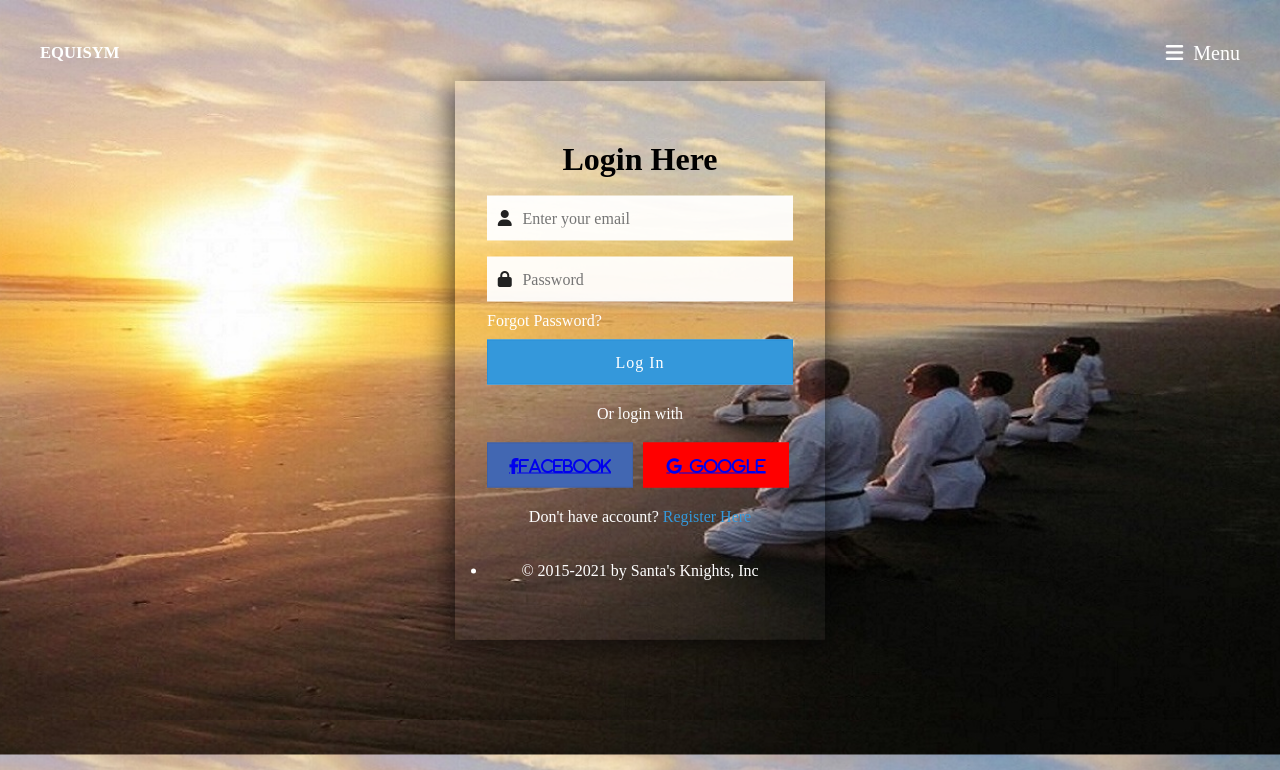
Repository: pranavrustogi/Equisym
Page: http://localhost/login
The author's editor kept a copy of each file at every save. The page is drawn from the files as they stood at one save, then again after the next save.
The browser window is 1280 px wide. The pictures show the whole page.
Some web fonts or font styles are not loaded; a fallback is used. Some web libraries are served in a nearby version. The page is this project's Thymeleaf template; nobody is signed in. The template is opened directly, without the code that normally fills it, so the values that code supplies are empty.

Above is the page before, as saved 2022-06-21 07:34:58.

### Equisym/src/main/resources/templates/login.html
<!DOCTYPE html>
<html xmlns:th="http://www.thymeLeaf.org">
  <head>
    <meta charset="utf-8">
    <meta http-equiv="X-UA-Compatible" content="IE=edge">
		 <meta charset="utf-8">
    <meta name="viewport" content="width=device-width, initial-scale=1">
    <title> Login </title>
    <link rel="stylesheet" href="css/login.css">
        <link rel="stylesheet" href="css/menu.css">


   <script src="https://kit.fontawesome.com/a076d05399.js"></script>
  </head>
  <body>
   	<!-- Header -->
			<header id="header" class="alt">

			<h5><a href="index">EQUISYM</a></h5>

				<a href="#nav">Menu</a>
			</header>

		<!-- Nav   clientId:886984842616-n761486ndug29u1afjjpcmaemaghtjpu.apps.googleusercontent.com
client-secret: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 -->
			<nav id="nav">
				<ul class="links">

					<li><a th:href="index">Home</a></li>
					<li><a th:href="@{/}">About Us</a></li>
					<li><a th:href="@{/}">Our Gallery</a></li>
					<li><a href="partnersInfo">Santa's Knights</a></li>
					<li><a href="conductUs">Contact Us</a></li>
					<li><a href="https://www.santasknights.org/membership">Donate</a></li>
					<li><a href="login">Login & Registration</a></li>
					<!-- <li><a href="elements.html">EEEE Us</a></li> -->
				</ul>
			</nav>


    <div class="bg-img">


      <div class="content">


        <h1>Login Here</h1>
        <br>
		              <form  th:action="@{/index}" method="post" >
		              <div th:if = "${param.error}">
						<div class="alert alert-danger" style="color:red">
						<h3>	Invalid Username or Password </h3>
						</div>
					</div>
					<div th:if = "${param.logout}">
						<div class="alert alert-info" style="color:red">
						<h3>	You have been Logged out.</h3>
						</div>

					</div>
					<div th:if = "${param.Fail}" >
						<div class="alert alert-danger"style="color:red">
						<h3>	Please Verify Email!!, Then try to login </h3>
						</div>

					</div>
          <div class="field">
            <span class="fa fa-user"></span>
                <input  type="email" placeholder="Enter your email" id="username"  name="username" th:value="*{username}"
						 autofocus="autofocus">
						           </div>
          <div class="field space">
            <span class="fa fa-lock"></span>
               <input type="password" placeholder="Password"  id="password" name="password" autofocus="autofocus">             <span class="show">SHOW</span>
          </div>
          <div class="pass">
            <a href="forgot">Forgot Password?</a>
          </div>
          <div class="field">
                  <input type="submit"  name="login-submit" id="login-submit" value="Log In"/>          </div>
        </form>
        <div class="login">Or login with</div>
        <div class="link">
          <div class="facebook">
            <a class="fab fa-facebook-f" th:href="@{/oauth2/authorization/facebook}"><span>Facebook</span></a>
          </div>
          <div class="instagram">
            <a class="fab fa-google" th:href="@{/oauth2/authorization/google}"><span>&nbsp;&nbsp;Google</span></a>
          </div>
          <div>&nbsp;</div>
        </div>
        <div class="signup">Don't have account?
          <a href="registration">Register Here</a>
        </div>
        <br>
        <br>
        <ul class="copyright" style="color:white">
						<li>&copy; 2015-2021 by Santa's Knights, Inc</li>
					</ul>
      </div>
    </div>



    <!-- Scripts -->
			<script src="/js/jquery.min.js"></script>
			<script src="/js/skel.min.js"></script>
			<script src="/js/util.js"></script>
			<!--[if lte IE 8]><script src="/js/ie/respond.min.js"></script><![endif]-->
			<script src="/js/main.js"></script>
  </body>
</html>

### Equisym/src/main/resources/static/css/login.css
@import url('https://fonts.googleapis.com/css?family=Montserrat:400,500,600,700|Poppins:400,500&display=swap');
*{
  margin: 0;
  padding: 0;
  box-sizing: border-box;
  user-select: none;
}
.bg-img{
/*	background:#25383B; */
	background:url("../img/OzrlDo1.jpg");
  height: 100vh;
  background-position: center;

}
.bg-img:after{
  position: absolute;
  content: '';
  top: 0;
  left: 0;
  height: 100%;
  width: 100%;
	background:url("../img/OzrlDo1.jpg");

	    background-repeat:no-repeat;
	      background-size:cover;
	      background-position:center center;
	      background-attachment:fixed;




}
.content{
  position: absolute;
  top: 50%;
  left: 50%;
  z-index: 999;
  text-align: center;
  padding: 60px 32px;
  width: 370px;
  transform: translate(-50%,-50%);
  background: rgba(255,255,255,0.04);
  box-shadow: -1px 4px 28px 0px rgba(0,0,0,0.75);
   background-repeat:no-repeat;
	      background-size:cover;
	      background-position:center center;
	      background-attachment:fixed;
}
/*.content header{
  color: white;
  font-size: 33px;
  font-weight: 600;
  margin: 0 0 35px 0;
  font-family: 'Montserrat',sans-serif;
} */
.field{
  position: relative;
  height: 45px;
  width: 100%;
  display: flex;
  background: rgba(255,255,255,0.94);
}
.field span{
  color: #222;
  width: 40px;
  line-height: 45px;
}
.field input{
  height: 100%;
  width: 100%;
  background: transparent;
  border: none;
  outline: none;
  color: #222;
  font-size: 16px;
  font: inherit;
}
.space{
  margin-top: 16px;
}
.show{
  position: absolute;
  right: 13px;
  font-size: 13px;
  font-weight: 700;
  color: #222;
  display: none;
  cursor: pointer;
  font: inherit;
}
.pass-key:valid ~ .show{
  display: block;
}
.pass{
  text-align: left;
  margin: 10px 0;
}
.pass a{
  color: white;
  text-decoration: none;
  font: inherit;
}
.pass:hover a{
  text-decoration: underline;
}
.field input[type="submit"]{
  background: #3498db;
  border: 1px solid #2691d9;
  color: white;
  font-size: 18px;
  letter-spacing: 1px;
  font-weight: 600;
  cursor: pointer;
  font: inherit;
}
.field input[type="submit"]:hover{
  background: #2691d9;
}
.login{
  color: white;
  margin: 20px 0;
  font: inherit;
}
.link{
  display: flex;
  cursor: pointer;
  color: white;
  margin: 0 0 20px 0;
}
.facebook,.instagram{
  width: 100%;
  height: 45px;
  line-height: 45px;
  margin-left: 10px;
}
.facebook{
  margin-left: 0;
  background: #4267B2;
  border: 1px solid #3e61a8;
}
.instagram{
  background:rgb(255, 0, 0);
  border: 1px solid #ff0000;
}
.facebook:hover{
  background: #3e61a8;
}
.instagram:hover{
  background:#ff0000;
}
.link i{
  font-size: 17px;
}
i span{
  margin-left: 8px;
  font-weight: 500;
  letter-spacing: 1px;
  font-size: 16px;
  font: inherit;
}
.signup{
  font-size: 15px;
  color: white;
  font: inherit;
}
.signup a{
  color: #3498db;
  text-decoration: none;
}
.signup a:hover{
  text-decoration: underline;
}






/* <!DOCTYPE html>
<html xmlns:th="http://www.thymeLeaf.org">
  <head>
    <meta charset="utf-8">
    <meta http-equiv="X-UA-Compatible" content="IE=edge">
		 <meta charset="utf-8">
    <meta name="viewport" content="width=device-width, initial-scale=1">
    <title> Login </title>
    <link rel="stylesheet" href="css/login.css">
        <link rel="stylesheet" href="css/menu.css">


   <script src="https://kit.fontawesome.com/a076d05399.js"></script>
  </head>
  <body>
   	<!-- Header -->
			<header id="header" class="alt">

			<h5><a href="index">EQUISYM</a></h5>

				<a href="#nav">Menu</a>
			</header>

		<!-- Nav -->
			<nav id="nav">
				<ul class="links">

					<li><a th:href="index">Home</a></li>
					<li><a th:href="@{/}">About Us</a></li>
					<li><a th:href="@{/}">Our Gallery</a></li>
					<li><a href="partnersInfo">Santa's Knights</a></li>
					<li><a href="conductUs">Contact Us</a></li>
					<li><a href="https://www.santasknights.org/membership">Donate</a></li>
					<li><a href="login">Login & Registration</a></li>
					<!-- <li><a href="elements.html">EEEE Us</a></li> -->
				</ul>
			</nav>


    <div class="bg-img">


      <div class="content">


        <h1>Login Here</h1>
        <br>
		              <form  th:action="@{/index}" method="post" >
		              <div th:if = "${param.error}">
						<div class="alert alert-danger" style="color:red">
						<h3>	Invalid Username or Password </h3>
						</div>
					</div>
					<div th:if = "${param.logout}">
						<div class="alert alert-info" style="color:red">
						<h3>	You have been Logged out.</h3>
						</div>

					</div>
					<div th:if = "${param.Fail}" >
						<div class="alert alert-danger"style="color:red">
						<h3>	Please Verify Email!!, Then try to login </h3>
						</div>

					</div>
          <div class="field">
            <span class="fa fa-user"></span>
                <input  type="email" placeholder="Enter your email" id="username"  name="username" th:value="*{username}"
						 autofocus="autofocus">
						           </div>
          <div class="field space">
            <span class="fa fa-lock"></span>
               <input type="password" placeholder="Password"  id="password" name="password" autofocus="autofocus">             <span class="show">SHOW</span>
          </div>
          <div class="pass">
            <a href="forgot">Forgot Password?</a>
          </div>
          <div class="field">
                  <input type="submit"  name="login-submit" id="login-submit" value="Log In"/>          </div>
        </form>
        <div class="login">Or login with</div>
        <div class="link">
          <div class="facebook">
            <i class="fab fa-facebook-f"><span>Facebook</span></i>
          </div>
          <div class="instagram">
            <i class="fab fa-instagram"><span>Instagram</span></i>
          </div>
        </div>
        <div class="signup">Don't have account?
          <a href="registration">Register Here</a>
        </div>
        <br>
        <br>
        <ul class="copyright" style="color:white">
						<li>&copy; 2015-2021 by Santa's Knights, Inc</li>
					</ul>
      </div>
    </div>



    <!-- Scripts -->
			<script src="/js/jquery.min.js"></script>
			<script src="/js/skel.min.js"></script>
			<script src="/js/util.js"></script>
			<!--[if lte IE 8]><script src="/js/ie/respond.min.js"></script><![endif]-->
			<script src="/js/main.js"></script>
  </body>
</html> */

### Equisym/src/main/resources/static/css/menu.css
@charset "UTF-8";
@import url(font-awesome.min.css);

@import url("https://fonts.googleapis.com/css?family=Raleway:400,500,700");

#nav {
		-moz-transform: translateX(20em);
		-webkit-transform: translateX(20em);
		-ms-transform: translateX(20em);
		transform: translateX(20em);
		-moz-transition: -moz-transform 0.5s ease, box-shadow 0.5s ease, visibility 0.5s;
		-webkit-transition: -webkit-transform 0.5s ease, box-shadow 0.5s ease, visibility 0.5s;
		-ms-transition: -ms-transform 0.5s ease, box-shadow 0.5s ease, visibility 0.5s;
		transition: transform 0.5s ease, box-shadow 0.5s ease, visibility 0.5s;
		-webkit-overflow-scrolling: touch;
		background: #07090c;
		box-shadow: none;
		color: #fff;
		height: 100%;
		max-width: 80%;
		overflow-y: auto;
		padding: 3em 2em;
		position: fixed;
		right: 0;
		text-transform: uppercase;
		top: 0;
		visibility: hidden;
		width: 20em;
		z-index: 10002;
	}

		#nav > ul {
			margin: 0 0 1em 0;
		}

			#nav > ul.links {
				list-style: none;
				padding: 0;
			}

				#nav > ul.links > li {
					padding: 0;
				}

					#nav > ul.links > li > a:not(.button) {
						border: 0;
						border-top: solid 1px transparent;
						color: inherit;
						display: block;
						line-height: 3.5em;
						text-decoration: none;
					}

					#nav > ul.links > li > .button {
						display: block;
						margin: 0.5em 0 0 0;
					}

					#nav > ul.links > li:first-child > a:not(.button) {
						border-top: 0 !important;
					}

		#nav .close {
			text-decoration: none;
			-moz-transition: color 0.2s ease-in-out;
			-webkit-transition: color 0.2s ease-in-out;
			-ms-transition: color 0.2s ease-in-out;
			transition: color 0.2s ease-in-out;
			-webkit-tap-highlight-color: transparent;
			border: 0;
			color: #a5a9ad;
			cursor: pointer;
			display: block;
			height: 3.25em;
			line-height: 3.25em;
			padding-right: 1.25em;
			position: absolute;
			right: 0;
			text-align: right;
			top: 0;
			vertical-align: middle;
			width: 7em;
		}

			#nav .close:before {
				content: "";
				-moz-osx-font-smoothing: grayscale;
				-webkit-font-smoothing: antialiased;
				font-family: FontAwesome;
				font-style: normal;
				font-weight: normal;
				text-transform: none !important;
			}

			#nav .close:before {
				font-size: 1.25em;
			}

			#nav .close:hover {
				color: #fff;
			}

			@media screen and (max-width: 736px) {

				#nav .close {
					height: 4em;
					line-height: 4em;
				}

			}

		#nav.visible {
			-moz-transform: translateX(0);
			-webkit-transform: translateX(0);
			-ms-transform: translateX(0);
			transform: translateX(0);
			box-shadow: 0 0 1.5em 0 rgba(0, 0, 0, 0.2);
			visibility: visible;
		}

		@media screen and (max-width: 736px) {

			#nav {
				padding: 2.5em 1.75em;
			}

		}

/* Section/Article */

	section.special, article.special, header.special {
		text-align: center;
	}

	header p {
		margin: 0 0 1.5em 0;
		position: relative;
		text-transform: uppercase;
	}

	header h2 + p {
		font-size: 1.25em;
		margin-top: -1em;
		line-height: 1.85em;
	}

	header h3 + p {
		font-size: 1.1em;
		margin-top: -0.8em;
		line-height: 1.5em;
	}

	header h4 + p,
	header h5 + p,
	header h6 + p {
		font-size: 0.9em;
		margin-top: -0.6em;
		line-height: 1.5em;
	}

	header.major {
		margin-bottom: 4em;
	}

		header.major h2 {
			font-size: 2.5em;
		}

	header.narrow {
		max-width: 60%;
		margin-left: auto;
		margin-right: auto;
	}

	@media screen and (max-width: 1280px) {

		header.narrow {
			max-width: 75%;
		}

	}

	@media screen and (max-width: 980px) {

		header.narrow {
			max-width: 100%;
		}

		header.major {
			margin-bottom: 2em;
		}

			header.major h2 {
				font-size: 2em;
			}

	}

	@media screen and (max-width: 736px) {

		header.major h2 {
			font-size: 1.5em;
		}

		header.major p {
			font-size: 1em;
		}

	}

	header p {
		color: #25383B;
	}




/* Header */

	body {
		padding-top: 3.125em;
	}

		body.landing {
			padding-top: 0;
		}

		@media screen and (max-width: 980px) {

			body {
				padding-top: 44px;
			}

		}

	#header {
	/*	background: #07090c; */
	 background:#25383B;
		color: rgba(255, 255, 255, 0.75);
		cursor: default;
		height: 3.25em;
		left: 0;
		line-height: 3.25em;
		position: fixed;
		text-align: right;
		top: 0;
		width: 100%;
		z-index: 10001;
	}

		#header > h1 {
			color: #fff;
			display: inline-block;
			height: inherit;
			left: 1.25em;
			line-height: inherit;
			margin: 0;
			padding: 0;
			position: absolute;
			top: 0;
		}

			#header > h1 a {
				font-size: 1.25em;
			}

		#header a {
			-moz-transition: color 0.2s ease-in-out;
			-webkit-transition: color 0.2s ease-in-out;
			-ms-transition: color 0.2s ease-in-out;
			transition: color 0.2s ease-in-out;
			color: #fff;
			display: inline-block;
			margin-right: 1.25em;
			text-decoration: none;
		}

			#header a[href="#nav"] {
				text-decoration: none;
				-webkit-tap-highlight-color: transparent;
			}

				#header a[href="#nav"]:before {
					content: "";
					-moz-osx-font-smoothing: grayscale;
					-webkit-font-smoothing: antialiased;
					font-family: FontAwesome;
					font-style: normal;
					font-weight: normal;
					text-transform: none !important;
				}

				#header a[href="#nav"]:before {
					margin: 0 0.5em 0 0;
				}

			#header a + a[href="#nav"]:last-child {
				border-left: solid 1px transparent;
				padding-left: 1.25em;
				margin-left: 0.5em;
			}

		#header.alt {
			background-color: transparent;
			font-size: 1.25em;
			padding: 1em 2em;
			position: absolute;
		}

			#header.alt > h5 {
				color: inherit;
				position: static;
				float: left;
			}

			#header.alt a[href="#nav"] {
				margin-right: 0;
			}

	@media screen and (max-width: 980px) {

		body {
			padding-top: 44px;
		}

		#header {
			height: 44px;
			line-height: 44px;
		}

			#header > h1 {
				left: 1em;
			}

				#header > h1 a {
					font-size: 1em;
				}

			#header.alt {
				font-size: 1em;
			}

	}

	@media screen and (max-width: 480px) {

		#header {
			min-width: 320px;
		}

			#header > h1 {
				left: 1em;
			}

			#header.alt {
				padding: 0.5em 1em;
			}

	}

### Equisym/src/main/resources/static/js/main.js
/*
	Retrospect by TEMPLATED
	templated.co @templatedco
	Released for free under the Creative Commons Attribution 3.0 license (templated.co/license)
*/

(function($) {

	skel
		.breakpoints({
			xlarge: '(max-width: 1680px)',
			large: '(max-width: 1280px)',
			medium: '(max-width: 980px)',
			small: '(max-width: 736px)',
			xsmall: '(max-width: 480px)'
		});

	$(function() {

		var	$window = $(window),
			$body = $('body');

		// Disable animations/transitions until the page has loaded.
			$body.addClass('is-loading');

			$window.on('load', function() {
				window.setTimeout(function() {
					$body.removeClass('is-loading');
				}, 100);
			});

		// Fix: Placeholder polyfill.
			$('form').placeholder();

		// Prioritize "important" elements on medium.
			skel.on('+medium -medium', function() {
				$.prioritize(
					'.important\\28 medium\\29',
					skel.breakpoint('medium').active
				);
			});

		// Nav.
			$('#nav')
				.append('<a href="#nav" class="close"></a>')
				.appendTo($body)
				.panel({
					delay: 500,
					hideOnClick: true,
					hideOnSwipe: true,
					resetScroll: true,
					resetForms: true,
					side: 'right'
				});

	});

})(jQuery);

Loaded but not shown: Equisym/src/main/resources/static/js/jquery.min.js (library); Equisym/src/main/resources/static/js/skel.min.js (library); Equisym/src/main/resources/static/js/util.js (587 lines, source omitted)

After the next save:
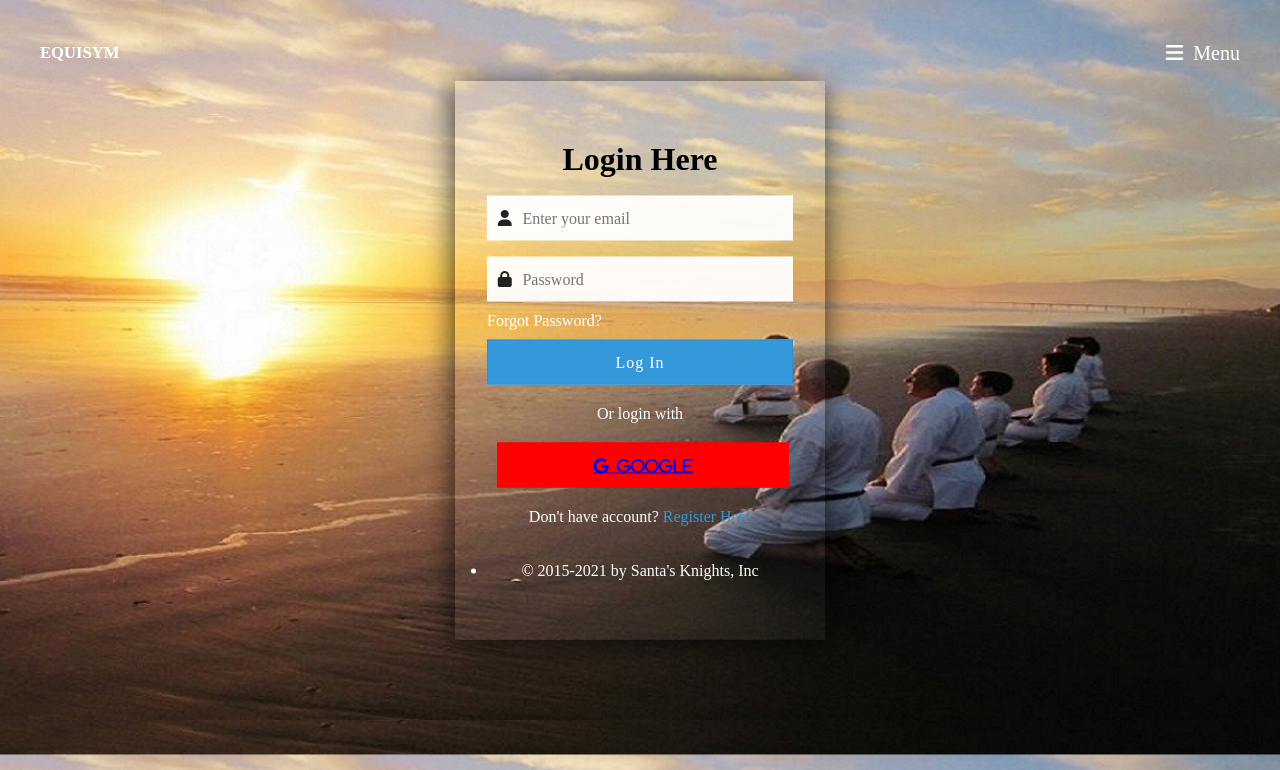
Saved 6 min 19 s later.
--- a/Equisym/src/main/resources/templates/login.html
+++ b/Equisym/src/main/resources/templates/login.html
@@ -81,9 +81,7 @@ client-secret: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 -->
         </form>
         <div class="login">Or login with</div>
         <div class="link">
-          <div class="facebook">
-            <a class="fab fa-facebook-f" th:href="@{/oauth2/authorization/facebook}"><span>Facebook</span></a>
-          </div>
+
           <div class="instagram">
             <a class="fab fa-google" th:href="@{/oauth2/authorization/google}"><span>&nbsp;&nbsp;Google</span></a>
           </div>
